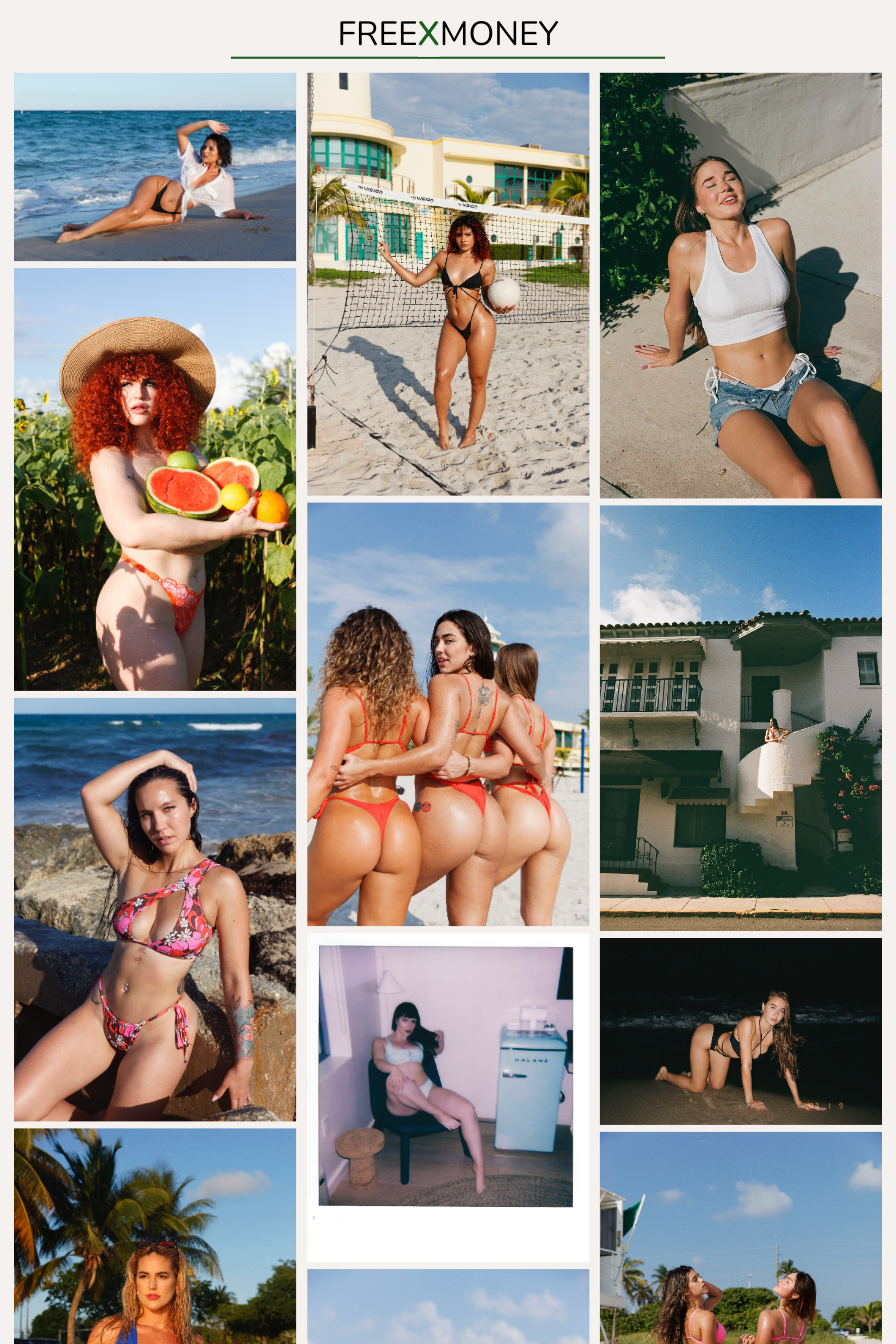
Repository: burntaftermint/freexmoney-draft
Page: index.html
An editor plug-in stored every save of this project. The page is shown before and after the next save, followed by the edit.
The browser window is 1280 px wide. The pictures show the part of the page from y = 0 to 1920 px (the page is 4135 px tall), at 70% of full size.
Some web fonts or font styles are not loaded; a fallback is used.

Above is the page before, as saved 2024-06-06 04:13:05.

### index.html
<!DOCTYPE html>
<html lang="en">
<head>
    <meta charset="UTF-8">
    <meta http-equiv="X-UA-Compatible" content="IE=edge">
    <meta name="viewport" content="width=device-width, initial-scale=1.0">
    <title>FREEXMONEY</title>
    <link rel="preconnect" href="https://fonts.googleapis.com">
<link rel="preconnect" href="https://fonts.gstatic.com" crossorigin>
<link href="https://fonts.googleapis.com/css2?family=Architects+Daughter&family=Kumbh+Sans:wght@400;700&family=Montserrat:ital,wght@0,100;0,200;0,300;0,400;0,500;0,600;0,700;0,800;0,900;1,100;1,200;1,300;1,400;1,500;1,600;1,700;1,800;1,900&family=Nunito:wght@300;400;500;600&family=Roboto:wght@300&family=Rubik:wght@400;500;600;700;800&family=Yantramanav:wght@500&display=swap" rel="stylesheet">
    <link rel="stylesheet" type="text/css" href="style.css">
</head>
<body>
    <div class="container">
        <div class="heading">
            <a href="artist.html"><h3>FREE<span>X</span>MONEY</h3></a>
        </div>
        <div class="box">
            <div class="row1">
                <img src="./images/1.JPG" alt="">
                <img src="./images/2.JPG" alt="">
                <img src="./images/3.JPG" alt="">
                <img src="./images/4.JPG" alt="">
                <img src="./images/5.JPG" alt="">
                <img src="./images/19.JPG" alt="">
                <img src="./images/13.JPG" alt="">
            </div>

            <div class="row1">
                <img src="./images/8.JPG" alt="">
                <img src="./images/9.JPG" alt="">
                <img src="./images/6.JPG" alt="">
                <img src="./images/11.JPG" alt="">
                <img src="./images/12.JPG" alt="">
                <img src="./images/7.JPG" alt="">
                <img src="./images/14.JPG" alt="">
            </div>

            <div class="row1">
                <img src="./images/16.JPG" alt="">
                <img src="./images/17.JPG" alt="">
                <img src="./images/18.JPG" alt="">
                <img src="./images/10.JPG" alt="">
                <img src="./images/20.JPG" alt="">
                <img src="./images/21.JPG" alt="">
                <img src="./images/22.JPG" alt="">
            </div>
        </div>
        <div class="btn">
            <a href="artist.html">Enter</a>
        </div>
    </div>
</body>
</html>

### style.css

* {
    margin: 0;
    padding: 0;
    box-sizing: border-box;
    font-family: 'Nunito', sans-serif;
    background-color: #f5f1ef;
}

.container {
    display: flex;
    flex-direction: column;
    justify-content: center;
    align-items: center;
    text-align: center;
    margin: 15px 20px 0 20px;
}

.social-links img {
    width: 50px;

    margin: 20px;
    cursor: pointer;
}

.social-links {
    text-align: center;
}




.container .heading {
    width: 50%;
    padding-bottom: 20px;
}

.container .heading h3 {
    font-size: 3em;
    font-weight: 400;
    border-bottom: 3px solid #1b5e20;

}

.container .heading h3 span {
    color: #1b5e20;
    font-weight: 600;
}

.container .box {
    display: flex;
    flex-direction: row;
    justify-content: space-between;

}

.container .box .row1 {
    display: flex;
    flex-direction: column;
    width: 32.5%;
}

.container .box .row1 img {
    width: 100%;
    padding-bottom: 10px;
    animation: fadeInUp 2s ease;
}

.container .box .row1 img:hover{
    opacity: 0.5;
    transition: 0.2s ease;

}

.container .btn {
    margin: 40px 0 70px 0;
    background: #1b5e20;
    padding: 15px 40px ;
    border-radius: 5px;
}


.container .btn a {
    text-decoration: none;
    background-color: transparent;
    color: #f5f5f5;
    font-weight: bolder;
    letter-spacing: 1px;
}

.container .heading a {
    text-decoration: none;
    color: black;
}
.container .heading a:hover {

    color: #f06292;
}

.container .btn a:hover {
    text-decoration: none;
    background-color: transparent;
    color: #f06292;
    font-weight: bolder;

}

/* gallery css */
.gallery-container {
    width: 100%;
    min-height: 100vh;
    display: flex;
    justify-content: center;
    align-items: center;
    padding: 0px 90px;
}

.gallery-content-section {
    display: flex;
    justify-content: center;
    align-items: center;
    text-align: center;
    animation: fadeInRight 2s ease;
}

.gallery-content-section .gallery-card {
    flex: 1;
    margin: 20px 20px;
    box-shadow: 0px 2px 8px 0px rgba(0,0,0,0.2);
    border-radius: 5px;
}

.gallery-content-section .gallery-card:hover {
    transform: scale(1.2);
}

.gallery-content-section .gallery-card img {
    width: 100%;
    height: auto;
    border-radius: 5px;
}

.gallery-content-section .gallery-card h2 {
    margin: 15px 0px;
    font-size: 28px;
    color: #f06292;
}

.gallery-content-section .gallery-card p {
    font-size: 16px;
    line-height: 1.5;
    padding: 0px 10px;
    margin-bottom: 20px;
}

.galleryh1 {
    text-align: center;
    font-size: 55px;
    color: #1b5e20;
}

/* home css */

.hero {
    background-color: #f5f1ef;
    overflow: hidden;
}

.home-heading h1 {
    color: #1b5e20;
    font-size: 55px;
    text-align: center;
    margin-top: 35px;
    margin-bottom: -30px;
}

.hero-content p {
    font-size: 24px;
    line-height: 1.5;
    margin-bottom: 40px;
    color: rgb(39, 39, 39);
}

.hero-btn {
    display: inline-block;
    background-color: #1b5e20;
    margin-top: -20px;
    padding: 12px 24px;
    border-radius: 5px;
    font-size: 20px;
    border: none;
    cursor: pointer;
    transition: 0.3s ease;
    font-weight: bolder;
    letter-spacing: 1px;
}
.hero-btn a {

    text-decoration: none;
    background-color: transparent;
    color: #f5f5f5;
}
.hero-btn a:hover {

    color: #f06292;
}
.container_home {
    display: flex;
    justify-content: center;
    align-items: center;
    width: 90%;
    margin: 65px auto;
}
.hero-content {
    flex: 1;
    width: 600px;
    margin: 0px 25px;
    animation: fadeInUp 2s ease;
}
.hero-image {
    flex: 1;
    width: 600px;
    margin: auto;
    animation: fadeInRight 2s ease;
}

.hero-content h2 {
    color: #f06292;
    font-size: 38px;
    margin-bottom: 10px;
}

.hero img {
width: 100%;
height: auto;
border-radius: 10px;
}

/* navbar css */
.navbar {
    display: flex;
    justify-content: space-between;
    align-items: center;
    background-color: #f5f1ef;


}

.nav-title {
    background-color: transparent;
    text-decoration: underline;
}
.nav-title a{
    color: black;

}
.nav-title a:hover{
    color: #f06292;
}
.nav-title span{
    background-color: transparent;
    color: #1b5e20;
}

.navbar-links ul {
    margin: 0;
    padding: 0;
    display: flex;
}

.navbar-links li {
    list-style: none;

}

.navbar-links li a {
    text-decoration: none;
    color: black;
    padding: 1rem;
    display: block;



}

.navbar-links li a:hover{
    color: #f06292;
}
.nav-title {
    font-size: 1.5rem;
    margin: .5rem;
    padding-left: 5px;

}

.toggle-button {
    position: absolute;
    top: .75rem;
    right: 1rem;
    display: none;
    flex-direction: column;
    justify-content: space-between;
    width: 30px;
    height: 21px;
}

.toggle-button .bar {
    height: 3px;
    width: 100%;
    background-color: black;
    border-radius: 10px;
}

/* Pricing css */

.pricing-table {
    display: flex;
    flex-direction: row; /* Arrange items vertically */
    align-items: center; /* Center items horizontally */
    justify-content: center; /* Center items vertically */
    min-height: 100vh; /* Set minimum height as 100% of the viewport height */
    max-width: 1600px;
    margin: 0 auto; /* Center the pricing table horizontally */


}

/* Add this style if you want some space between pricing cards */
.pricing-card {
     /* Adjust as needed */
    flex: 1;
    max-width: 360px;
    background-color: #fa7fa8;
    margin: 20px 10px;
    text-align: center;
    cursor: pointer;
    overflow: hidden;
    color: #f5f1ef;
    transition: .3s linear;
    border-radius: 10px;
    padding-bottom: 10px;
    animation: fadeInRight 2s ease;

}

.pricing-card-header {
    background-color: #1b5e20;
    display: inline-block;
    color: #f5f1ef;
    padding: 12px 30px;
    border-radius: 0 0 20px 20px;
    font-size: 16px;
    text-transform: uppercase;
    font-weight: 600;
    transition: .4s linear;

}

.pricing-card li {
    font-size: 20px;
    padding: 10px 0;
    text-transform: uppercase;
}

.pricingh1 {
    margin-top: 50px;
    margin-bottom: -100px;
    text-align: center;
    font-size: 55px;
    color: #1b5e20;
}





.pricing-card li {
    background-color: #fa7fa8;
}
.pricing-card strong {
    background-color: #fa7fa8;
}
.pricing-card sup {
    background-color: #fa7fa8;
}

.price {
    background-color: #fa7fa8;
    font-size: 70px;
    color: #f5f1ef;
    margin: 40px 0;
    transition: .2s linear;
}

.price sup, .price span {
    font-size: 22px;
    font-weight: 700;
}









@media only screen and (max-width: 1000px) {
    .gallery-content-section {
        flex-direction: column;
    }

    .pricing-card {
        flex: 50%;

    }

    .pricing-card-header {
        font-size: 10.5px;
    }

    .price {
        font-size: 45px;
    }

    .pricing-card li {
        font-size: 15px;
    }



}




@media only screen and (max-width: 769px) {
    .container .box {
        flex-direction: column;
    }
    .container .box .row1 {
        width: 100%;
    }
    .home-heading h1 {
        font-size: 45px;
        margin-top: 30px;
    }

    .hero {
        margin: 0px;

    }
    .container_home {
        width: 100%;
        flex-direction: column;
        margin: 0px;
        padding: 0px 40px;

    }
    .hero-content {
        width: 100%;
        margin: 35px 0px;
    }
    .hero-content h2 {
        font-size: 30px;

    }
    .hero-content p {
        font-size: 18px;
        margin-bottom: 20px;
    }
    .hero-btn {
        font-size: 16px;
        padding: 8px 16px;

    }
    .hero-image {
        width: 100%;
    }

    .pricing-card {
        flex: 50%;

    }

    .pricing-card-header {
        font-size: 6px;
    }

    .price {
        font-size: 35px;
    }

    .pricing-card li {
        font-size: 15px;
    }


}






@media only screen and (max-width: 718px) {
    .container .heading {
        width: 100%;

    }

    .container .heading h3 {
        font-size: 2.5em;


    }
}

@media only screen and (max-width: 549px) {
    .toggle-button {
        display: flex;

    }
    .navbar-links {
        display: none;
        width: 100%;

    }
    .navbar {
        flex-direction: column;
        align-items: flex-start;
    }

    .navbar-links ul {
        width: 100%;
        flex-direction: column;
    }

    .navbar-links li {
        text-align: center;
    }

    .navbar-links li a {
        padding: .3rem .7rem;
    }

    .navbar-links.active {
        display: flex;
    }
}

@media only screen and (max-width: 510px) {
    .gallery-card {
        width: 150%;

    }
}

@media only screen and (max-width: 400px) {
    .pricingh1 {
        margin-bottom: -175px;
    }
}

@keyframes fadeInUp {
    0% {
        opacity: 0;
        transform: translateY(50px);
    }
    100% {
        opacity: 1;
        transform: translateY(0px);
    }
}


@keyframes fadeInRight {
    0% {
        opacity: 0;
        transform: translateX(-50px);
    }
    100% {
        opacity: 1;
        transform: translateX(0px);
    }
}

After the next save:
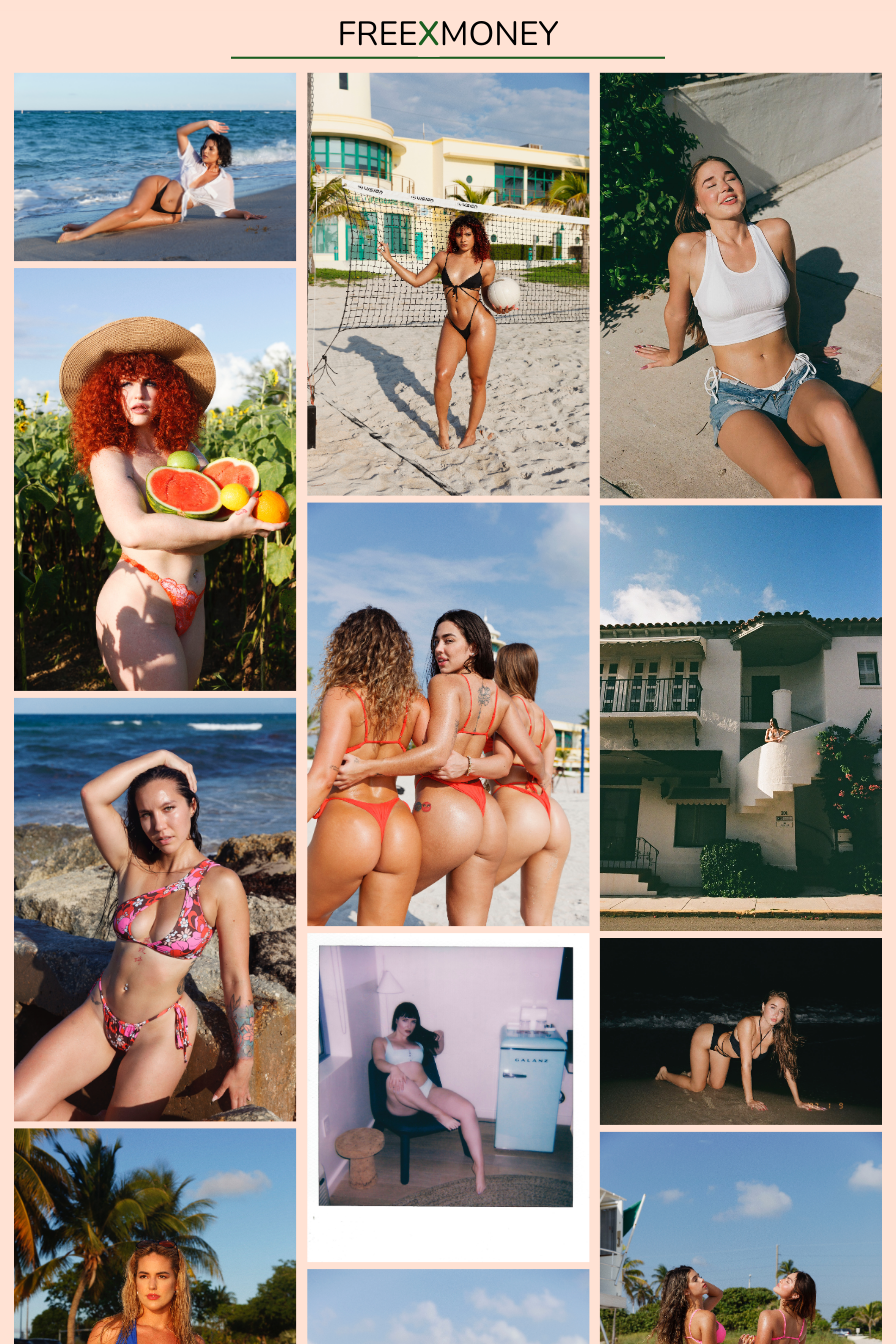
Saved 45 s later.
--- a/style.css
+++ b/style.css
@@ -4,7 +4,7 @@
     padding: 0;
     box-sizing: border-box;
     font-family: 'Nunito', sans-serif;
-    background-color: #f5f1ef;
+    background-color: #ffe2d4;
 }
 
 .container {

After the 2 saves that followed:
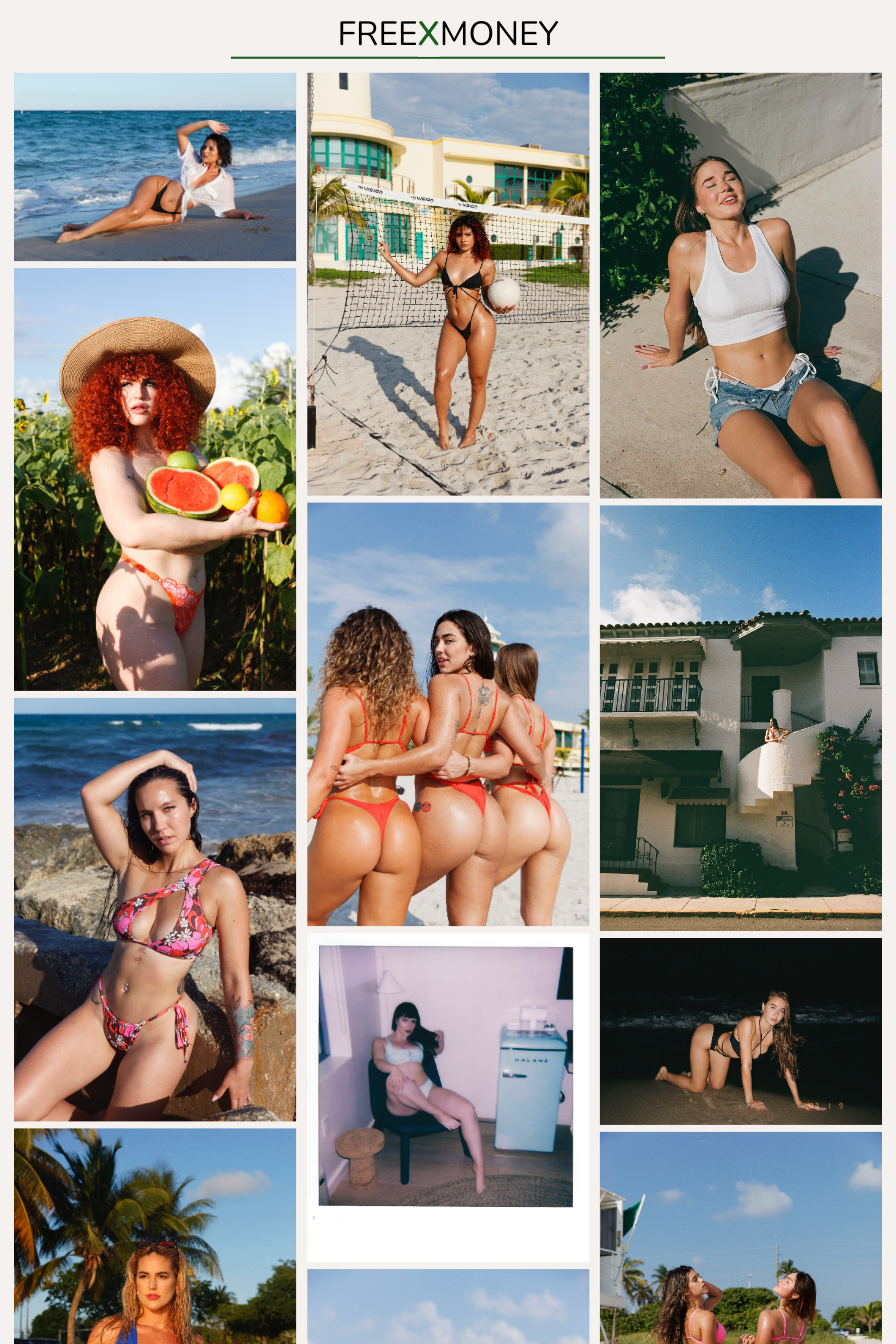
The 2 saves are shown as one change because 1 left the picture as it was.
The last was saved 37 s later.
--- a/style.css
+++ b/style.css
@@ -4,7 +4,7 @@
     padding: 0;
     box-sizing: border-box;
     font-family: 'Nunito', sans-serif;
-    background-color: #ffe2d4;
+    background-color: #f5f1ef;
 }
 
 .container {
